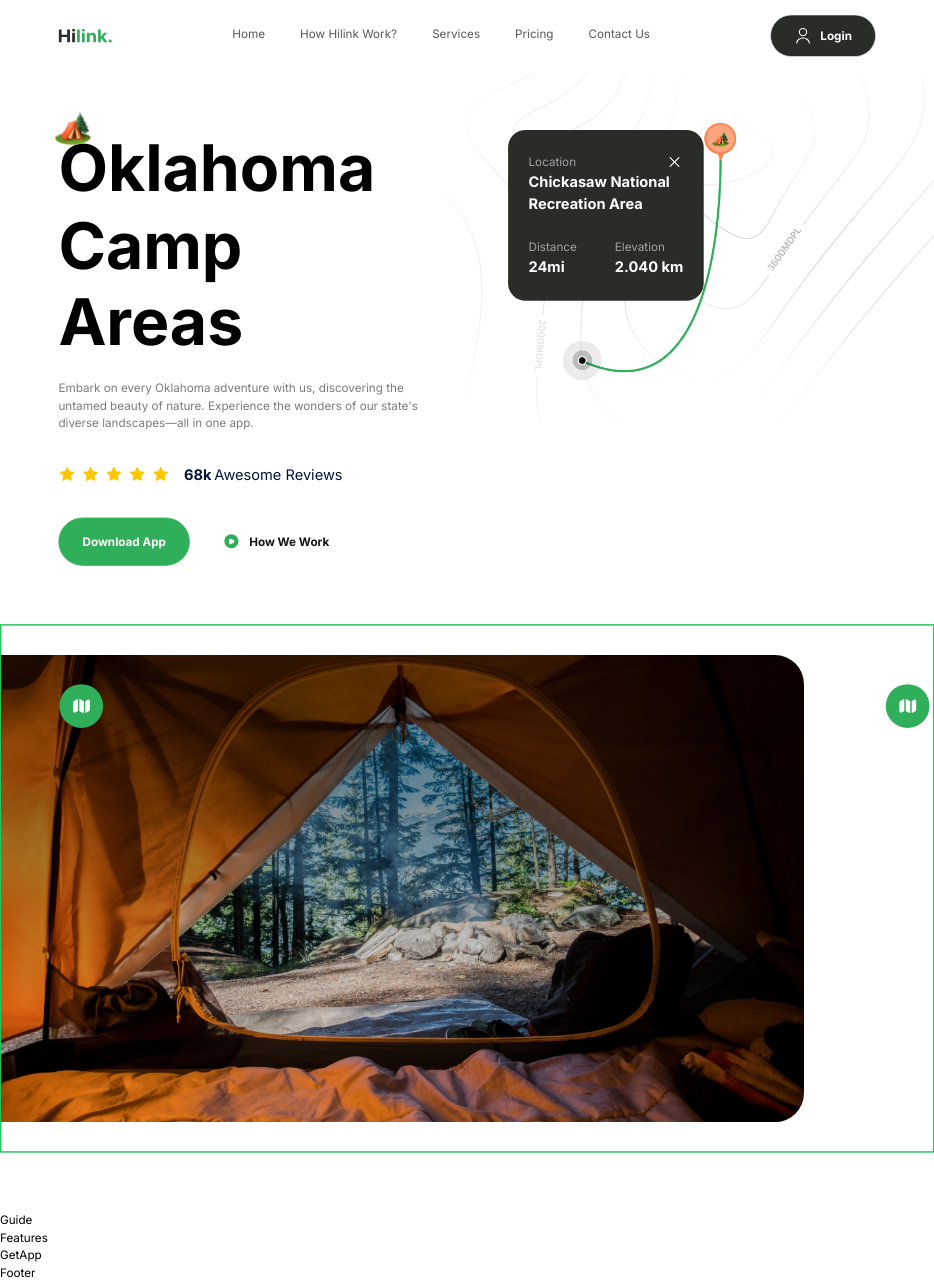
Repository: MikeeBuilds/camp
Page: /
The author's editor kept a copy of each file at every save. The page is drawn from the files as they stood at one save, then again after a run of saves.
The browser window is 1280 px wide. The pictures show the whole page, at 73% of full size.
The project was rebuilt for these pictures with package versions that can differ from the ones it lists, and the page was loaded fresh each time. The framework's server and built-in components were replaced by stand-ins that run in the browser. Also part of the build but not shown: next.config.js.

Above is the page before, as saved 2023-11-24 22:09:05.

### app/layout.tsx
import type { Metadata } from 'next'

import './globals.css'
import Navbar from '@/components/Navbar'
import Footer from '@/components/Footer'


export const metadata: Metadata = {
  title: 'Travel',
  description: 'Travel UI/UX App for camping',
}

export default function RootLayout({
  children,
}: {
  children: React.ReactNode
}) {
  return (
    <html lang="en">
      <body className="">
        <Navbar/>
        <main className='relative overflow-hidden'>
        {children}
        </main>
        <Footer/>
      </body>
    </html>
  )
}

### app/page.tsx
import Camp from "@/components/Camp";
import Features from "@/components/Features";
import GetApp from "@/components/GetApp";
import Guide from "@/components/Guide";
import Hero from "@/components/Hero";

export default function Home() {
  return (
    <>
      <Hero/>
      <Camp/>
      <Guide/>
      <Features/>
      <GetApp/>
    </>
  )
}

### components/Navbar.tsx
import { NAV_LINKS } from '@/constants'
import Image from 'next/image'
import Link from 'next/link'
import Button from './Button'

const Navbar = () => {
    return (
        <nav className="flexBetween max-container padding-container relative z-30 py-5">
            <Link href="/">
                <Image src="/hilink-logo.svg" alt="logo" width={74} height={29} />
            </Link>

            <ul className="hidden h-full gap-12 lg:flex">
                {NAV_LINKS.map((link) => (
                    <Link href={link.href} key={link.key} className="regular-16 text-gray-50 flexCenter cursor-pointer pb-1.5 transition-all hover:font-bold">
                        {link.label}
                    </Link>
                ))}
            </ul>

            <div className='lg:flexCenter hidden'>
                <Button
                    type="button"
                    title="Login"
                    icon="/user.svg"
                    variant="btn_dark_green"
                />
            </div>

            <Image
                src="menu.svg"
                alt='menu'
                width={32}
                height={32}
                className='inline-block cursor-pointer lg:hidden'
            />
        </nav>
    )
}

export default Navbar

### components/Camp.tsx
import Image from "next/image";

interface CampProps {
  backgroundImage:string;
  title: string;
  subtitle: string;
  peopleJoined: string
}


const CampSite = ({ backgroundImage, title, subtitle, peopleJoined }: CampProps) => {
  return (
    <div className={`h-full w-full min-w-[1100px] ${backgroundImage} bg-cover bg-no-repeat lg:rounded-r-5xl 2xl:rounded-5xl`}>
      <div className="flex h-full flex-col items-start justify-between p-6 lg:px-20 lg:py-10">
        <div className="flex-center gap-4">
          <div className="rounded-full bg-green-50 p-4">
            <Image
              src="/folded-map.svg"
              alt="map"
              width={28}
              height={28}
            />
          </div>
          <div className="flex flex-col gap-1">

          </div>
        </div>
      </div>
    </div>
  )
};


const Camp = () => {
  return (
    <section className='border-2 border-green-500 2xl:max-container relative flex flex-col py-10 lg:mb-20 xl:mb-20'>
      <div className='hide-scrollbar flex h-[340px] w-full items-start justify-start gap-8 overflow-x-auto lg:h-[400px] xl:h-[640px]'>
        <CampSite
          backgroundImage="bg-bg-img-1"
          title="Ouachita National Forest"
          subtitle="Hodgen, OK"
          peopleJoined="50+ joined"
        />
        <CampSite/>
        <CampSite/>
      </div>
    </section>
  )
}

export default Camp

### components/Hero.tsx
import Image from 'next/image';
import React from 'react';
import Button from "./Button";

const Hero = () => {
  return (
    <section className=' max-container padding-container flex flex-col gap-20 py-10 pb-32 md:gap-28 lg:py-20 xl:flex-row'>
      <div className='hero-map' />

      {/* LEFT SIDE */}

      <div className='relative z-20 flex flex-1 flex-col xl:w-1/2'>
        <Image
          src="/camp.svg"
          alt='camp'
          height={50}
          width={50}
          className='absolute left-[-5px] top-[-30px] w-10 lg:w-[50px]'
        />

        <h1 className='bold-52 lg:bold-88'>
          Oklahoma Camp Areas
        </h1>
        <p className='regular-16 mt-6 text-gray-30 xl:max-w-[520px]'>
          Embark on every Oklahoma adventure with us, discovering the untamed beauty of nature.
          Experience the wonders of our state's diverse landscapes—all in one app.
        </p>
        <div className='my-11 flex flex-wrap gap-5'>
            <div className='flex items-center gap-2'>
              {Array(5).fill(1).map((_, index) => (
                <Image
                  src="/star.svg"
                  key={index}
                  alt='star'
                  height={24}
                  width={24}
                />
              ))}
            </div>

            <p className='bold-16 lg:bold-20 text-blue-70'>
              68k
              <span className='regular-16 lg:regular-20 ml-1'>Awesome Reviews</span>
            </p>
        </div>

        <div className='flex flex-col w-full gap-3 sm:flex-row'>
          <Button
            type='button'
            title='Download App'
            variant='btn_green'
          />
          <Button
          type='button'
          title='How We Work'
          icon='/play.svg'
          variant='btn_white_text'
        />
        </div>
      </div>

      <div className='relative flex flex-1 items-start'>
          <div className='relative z-20 flex w-[268px] flex-col gap-8 rounded-3xl bg-green-90 px-7 py-8'>


            <div className='flex flex-col'>
              <div className='flexBetween'>
                <p className='regu;ar-16 text-gray-20'>
                  Location
                </p>
                <Image
                  src="/close.svg"
                  alt='logo'
                  width={24}
                  height={24}
                />
              </div>
              <p className='bold-20 text-white'>Chickasaw National Recreation Area</p>
                </div>

              <div className='flexBetween'>
                <div className='flex flex-col'>
                  <p className='regular-16 block text-gray-20'>Distance</p>
                  <p className='bold-20 text-white'>24mi</p>
                </div>
                <div className='flex flex-col'>
                  <p className='regular-16 block text-gray-20'>Elevation</p>
                  <p className='bold-20 text-white'>2.040 km</p>
                </div>
              </div>
            </div>
          </div>
    </section>
  )
}

export default Hero

### components/Button.tsx
import Image from "next/image";

type ButtonProps = {
    type: 'button' | "submit";
    title: string;
    icon?: string;
    variant: 'btn_dark_green'
}


const button = ({ type, title, icon, variant}: ButtonProps) => {
  return (
    <button
        className={`flexCenter gap-3 rounded-full border ${variant}`}
        type={type}
    >
        {icon && <Image src={icon} alt={title} width={24} height={24}/>}
        <label className="bold-16 whitespace-nowrap">{title}</label>
    </button>
  )
}

export default button

Loaded but not shown: app/globals.css (common file); components/Footer.tsx (common file); components/Features.tsx (common file); components/GetApp.tsx (common file); components/Guide.tsx (common file); constants/index.ts (common file); tailwind.config.ts (common file)

After the next 2 saves:
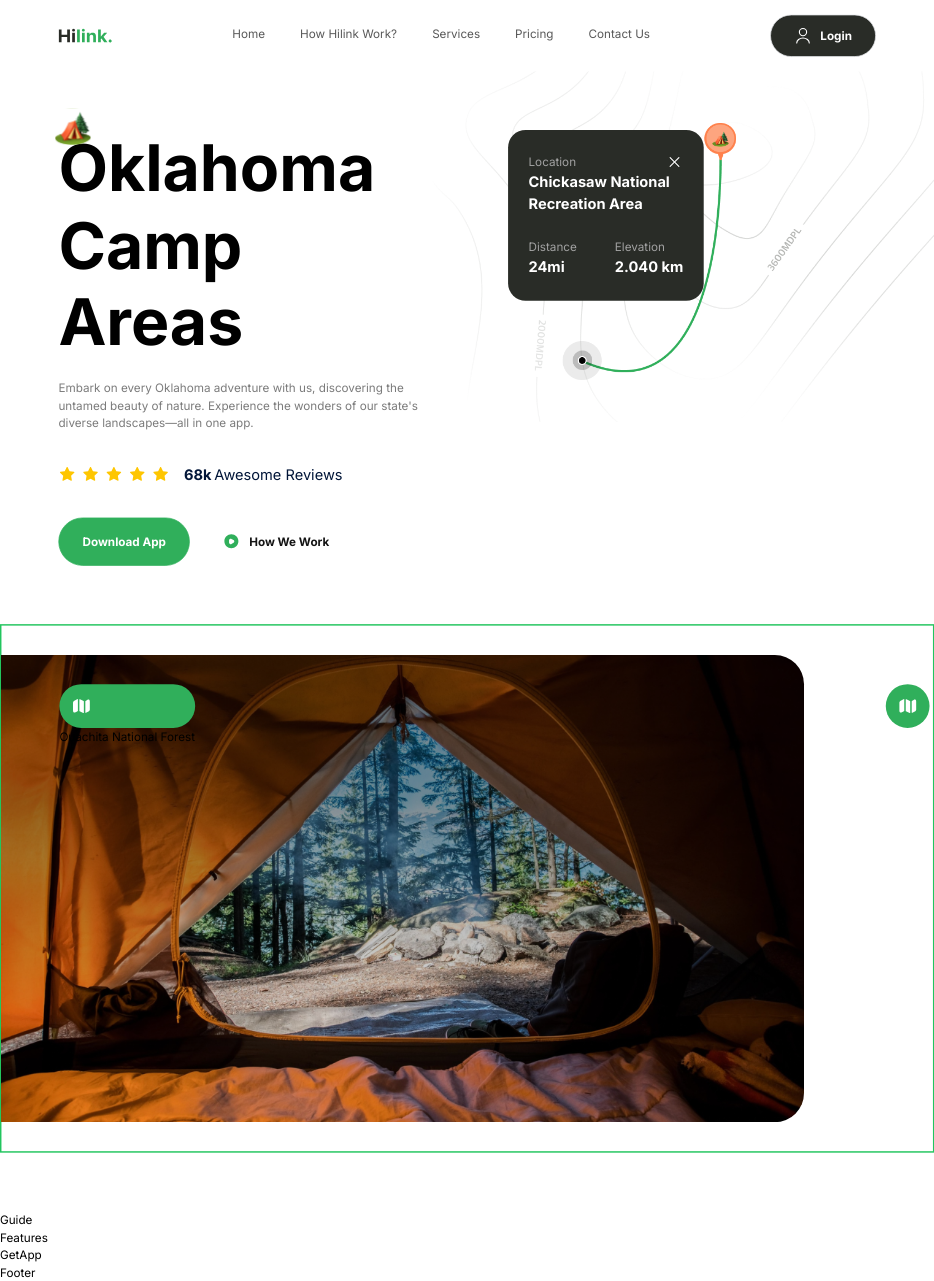
The 2 saves are shown as one change because they came seconds apart.
The last was saved 7 s later.
--- a/components/Camp.tsx
+++ b/components/Camp.tsx
@@ -22,7 +22,9 @@ const CampSite = ({ backgroundImage, title, subtitle, peopleJoined }: CampProps)
             />
           </div>
           <div className="flex flex-col gap-1">
-
+            <h4>
+              {title}
+            </h4>
           </div>
         </div>
       </div>
